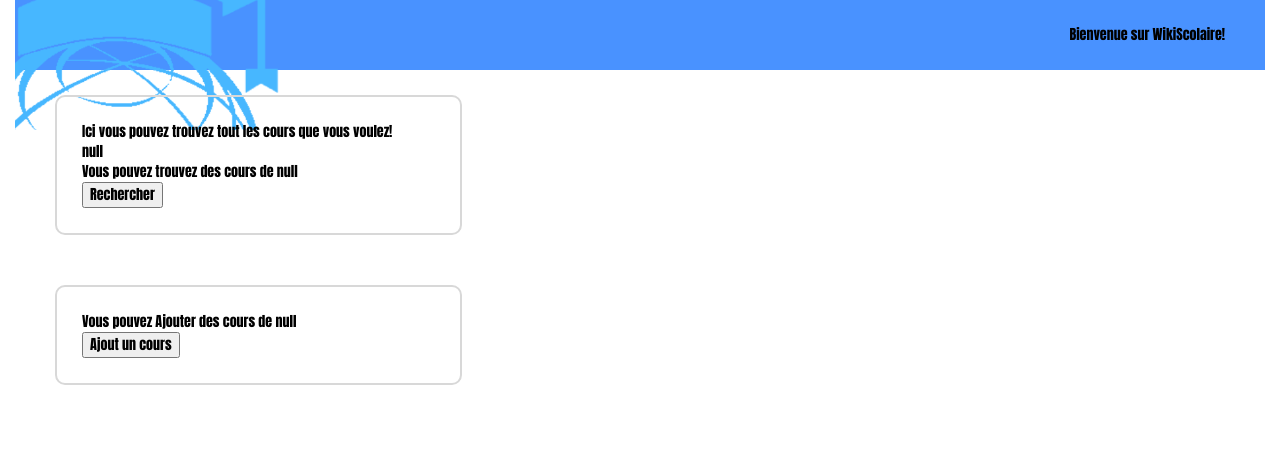
Repository: AntoAnt/WikiScolaire-
Page: http://localhost/InterfaceWikiScolair/WEB-INF/accueil.jsp
These files come from the project's save history. The page is drawn as it stood at one moment and after the next save; the edit follows.
The browser window is 1280 px wide. The pictures show the whole page.
Some web fonts or font styles are not loaded; a fallback is used. The page is served by Tomcat 9. Nobody is signed in. The template is opened directly, without the code that normally fills it, so the values that code supplies are empty.

Above is the page before, as saved 2017-04-27 16:52:26.

After the next save:
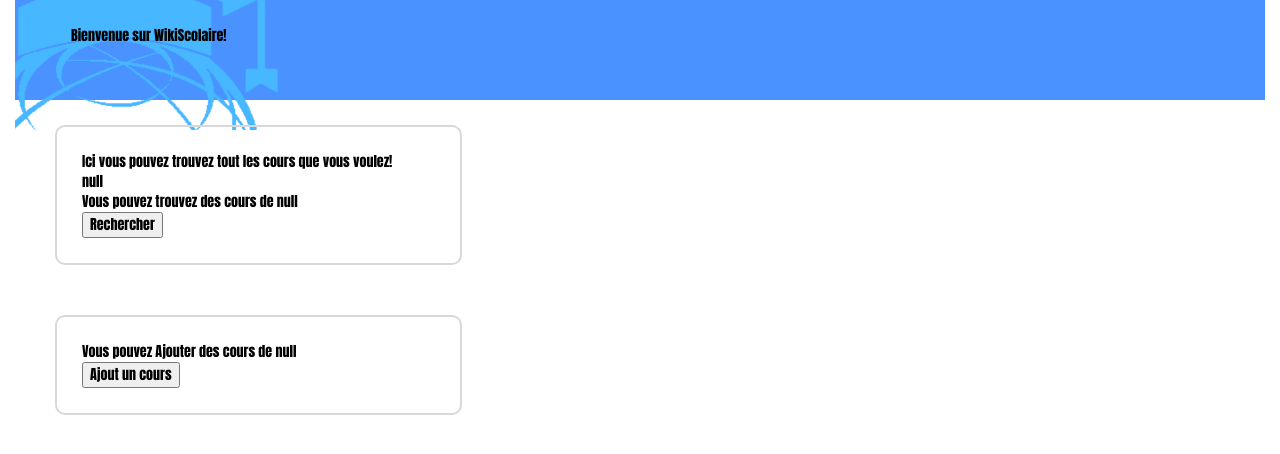
Saved 54 s later.
--- a/InterfaceWikiScolair/WebContent/WEB-INF/accueil.jsp
+++ b/InterfaceWikiScolair/WebContent/WEB-INF/accueil.jsp
@@ -21,7 +21,7 @@
             <!--Navbar-->
             <nav class="bar">
                 <div class="container">
-                    <ul class="nav navbar-nav navbar-right">
+                    <ul class="nav navbar-nav navbar">
                         <li class="">
                         	Bienvenue sur WikiScolaire!</br>
 						</li>
